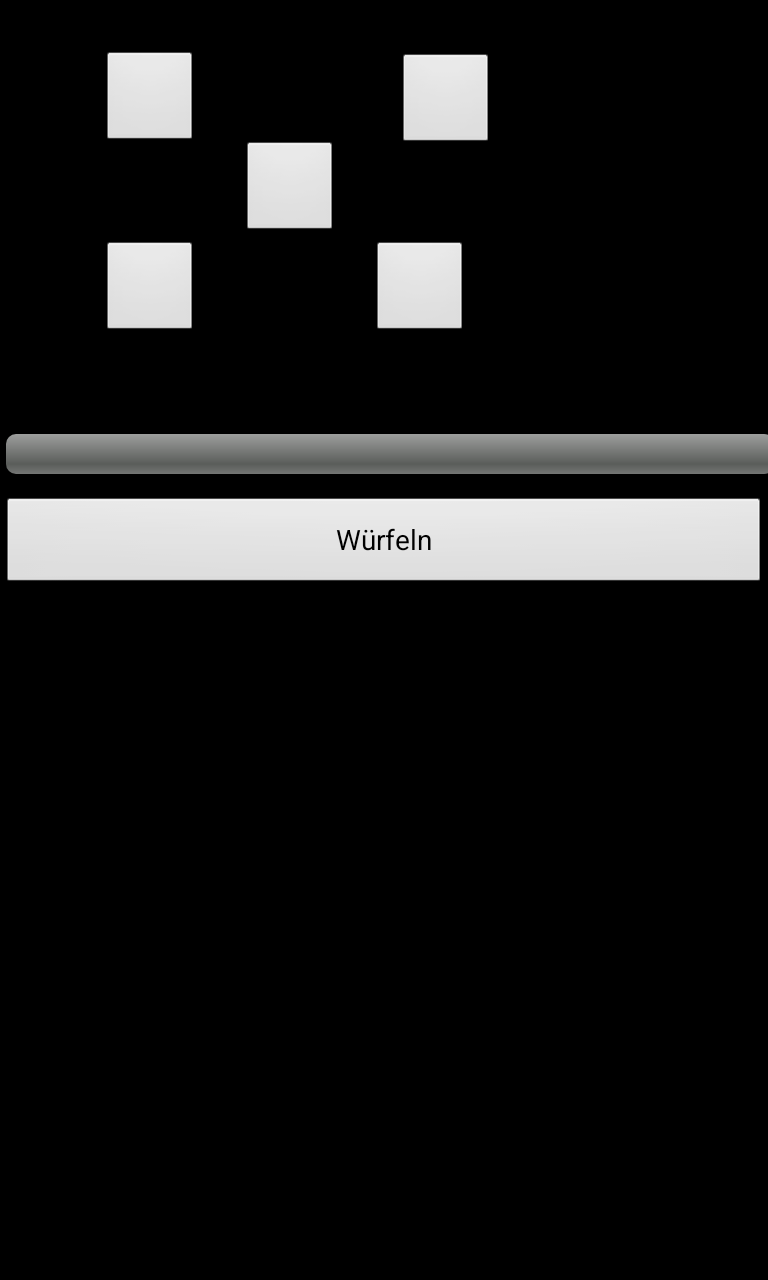
Repository: Lemkerene/App
Layout: kniffel/res/layout/wurfel.xml
An editor plug-in stored every save of this project. The layout is shown before and after the next save, followed by the edit.
It is drawn on a 768 x 1280 px phone screen (xhdpi) without system bars, with theme android:Theme; the app's code is not run.

Above is the layout before, as saved 2012-08-05 11:30:11.

After the next save:
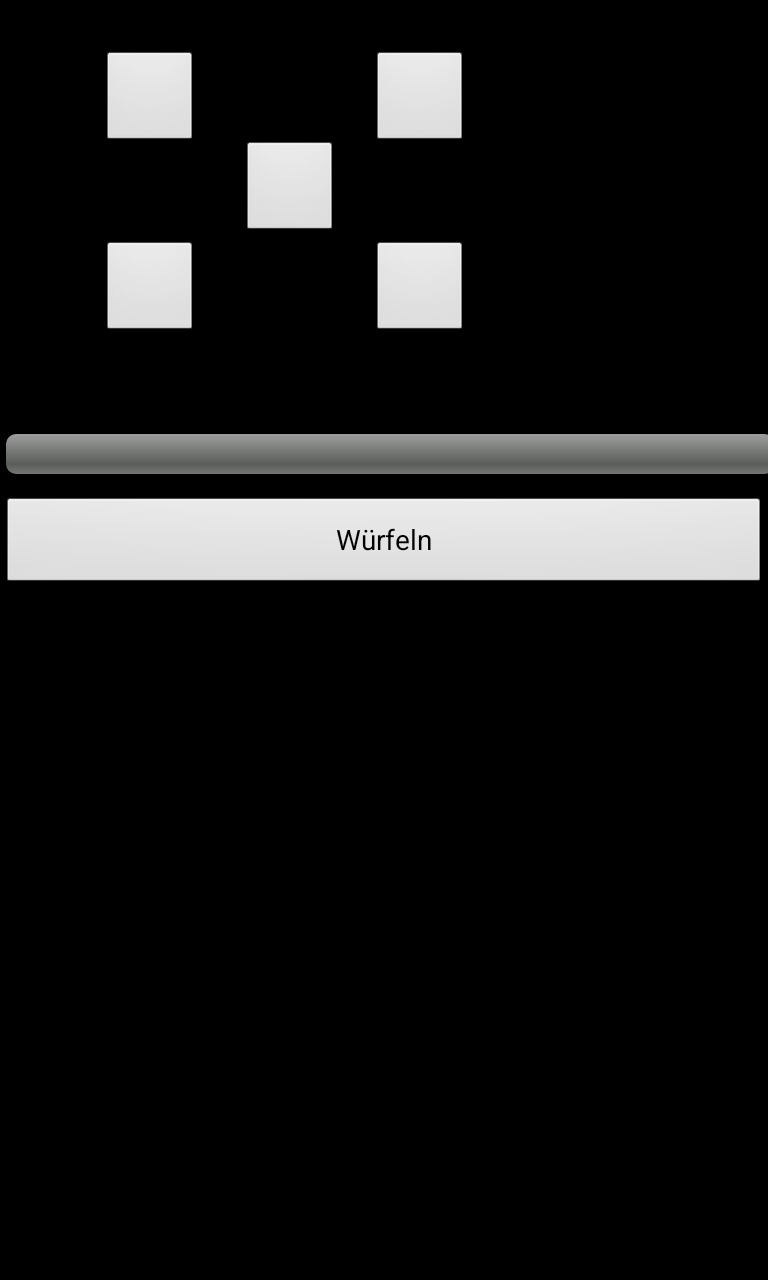
Saved 14 s later.
--- a/kniffel/res/layout/wurfel.xml
+++ b/kniffel/res/layout/wurfel.xml
@@ -34,8 +34,8 @@
         android:id="@+id/wu2"
         android:layout_width="50"
         android:layout_height="50"
-        android:layout_x="198dp"
-        android:layout_y="26dp"
+        android:layout_x="185dp"
+        android:layout_y="25dp"
         android:onClick="OnClickSperr" />
 
     <Button
